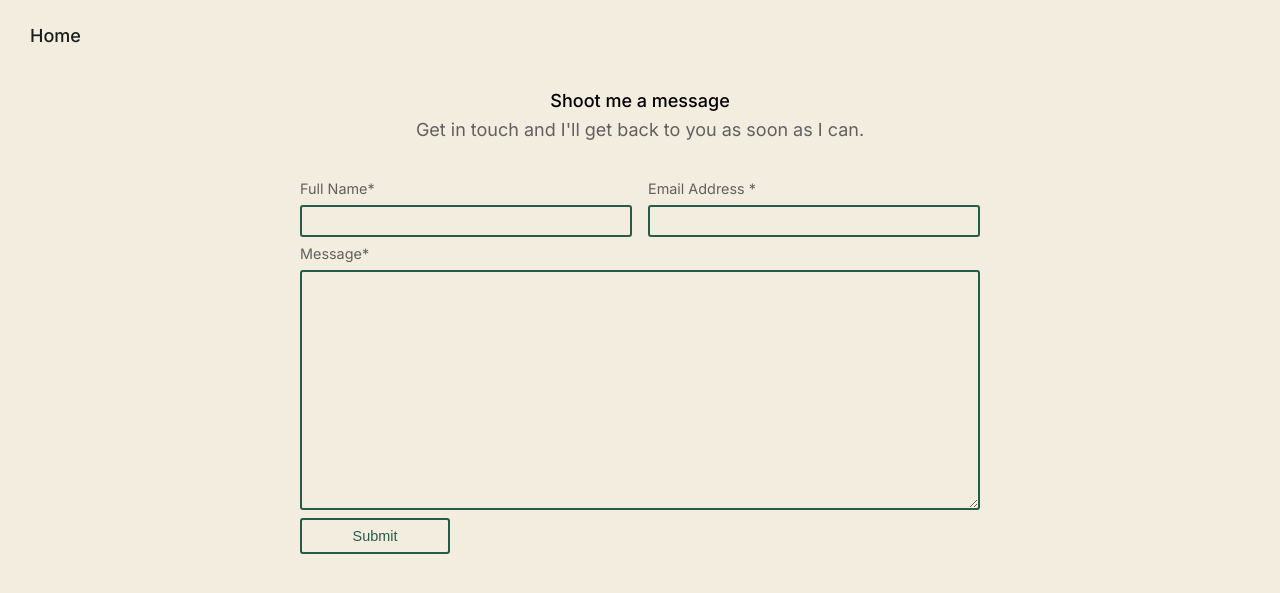
Repository: David-Waite/David-Waite-Portfolio
Page: /contact
An editor plug-in stored every save of this project. The page is shown before and after the next save, followed by the edit.
The browser window is 1280 px wide. The pictures show the whole page.
The project was rebuilt for these pictures with package versions that can differ from the ones it lists, and the page was loaded fresh each time. The framework's server and built-in components were replaced by stand-ins that run in the browser. Also part of the build but not shown: next.config.js, app/components/Nav/NavButton/navButton.module.css, app/components/Nav/NavButton/NavButton.tsx.

Above is the page before, as saved 2023-07-26 20:31:12.

After the next save:
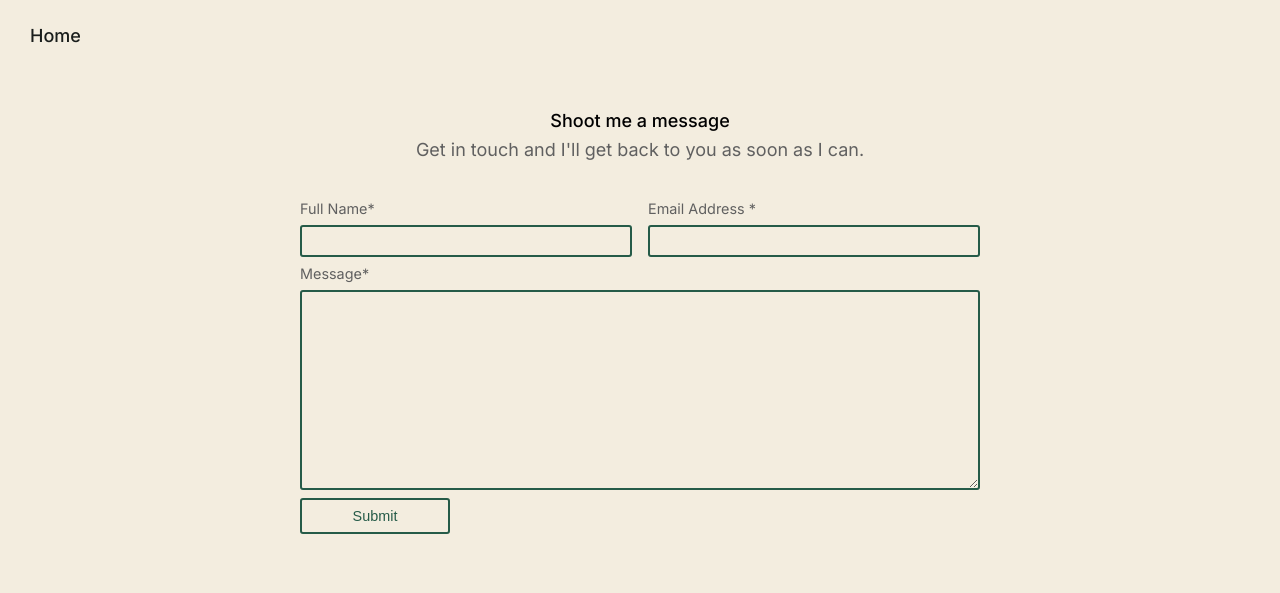
Saved 6 s later.
--- a/app/components/Contact/contact.module.css
+++ b/app/components/Contact/contact.module.css
@@ -44,7 +44,7 @@
   background-color: var(--background);
   border: 2px solid var(--primary);
   border-radius: 3px;
-  height: 240px;
+  height: 200px;
   width: 680px;
   font-size: 16px;
   padding: 8px;
